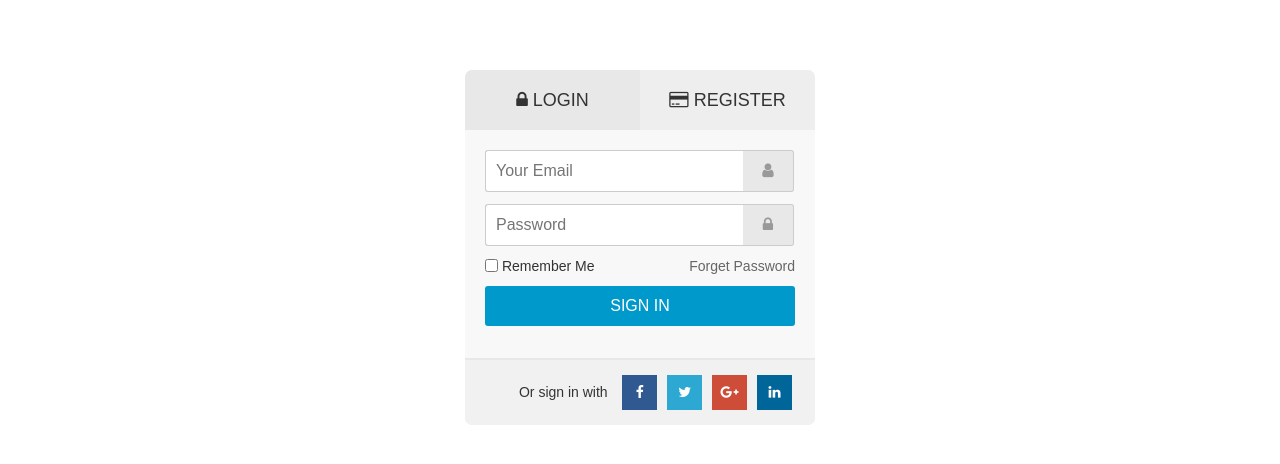
Repository: vishal22091997/MyWebApp
Page: http://localhost/MyWebApp/LoginForm.jsp
An editor plug-in stored every save of this project. The page is shown before and after the next save, followed by the edit.
The browser window is 1280 px wide. The pictures show the whole page.
Some web fonts or font styles are not loaded; a fallback is used. Some web libraries are served in a nearby version. The page is served by Tomcat 9.

Above is the page before, as saved 2017-06-11 17:11:10.

After the next save:
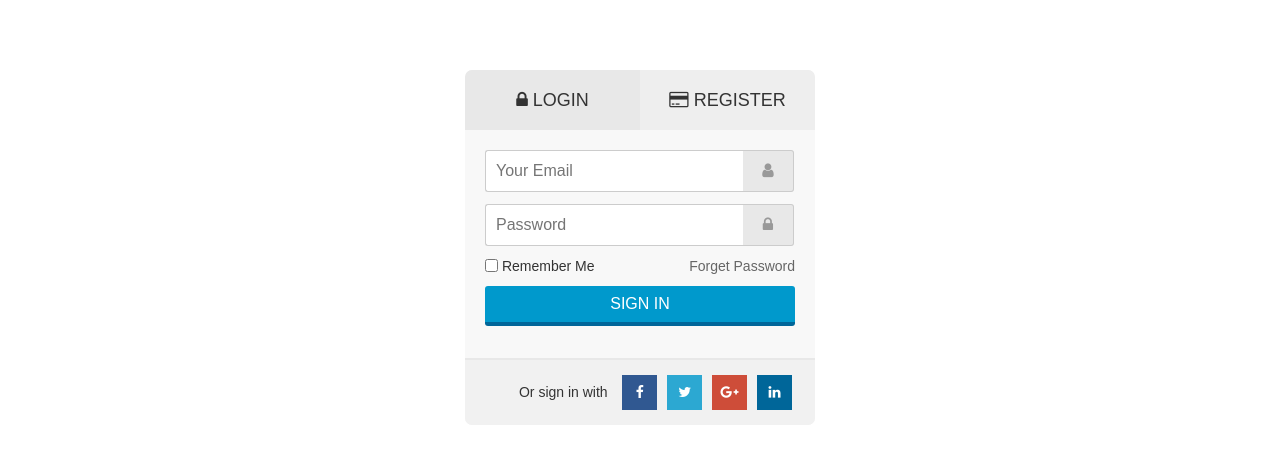
Saved 29 min 18 s later.
--- a/MyWebApp/src/main/webapp/LoginForm.jsp
+++ b/MyWebApp/src/main/webapp/LoginForm.jsp
@@ -30,7 +30,7 @@ li,ul,body,input{margin:0; padding:0; list-style:none}
 .input:focus:valid{border-color:green}
 .input:focus:valid+.icon{border-color:green}
 #check,#check1{top:1px; position:relative}
-.btn23{border:none; outline:none; background:#0099CC;   font-family: 'Ropa Sans', sans-serif; margin:0 auto; display:block; height:40px; width:100%; padding:0 10px; border-radius:3px; font-size:16px; color:#FFF}
+.btn23{border:none; outline:none; background:#0099CC; border-bottom:solid 4px #006699; font-family: 'Ropa Sans', sans-serif; margin:0 auto; display:block; height:40px; width:100%; padding:0 10px; border-radius:3px; font-size:16px; color:#FFF}
 
 .social-login{padding:15px 20px; background:#f1f1f1; border-top:solid 2px #e8e8e8; text-align:right}
 .social-login a{display:inline-block; height:35px; text-align:center; line-height:35px; width:35px; margin:0 3px; text-decoration:none; color:#FFFFFF}
